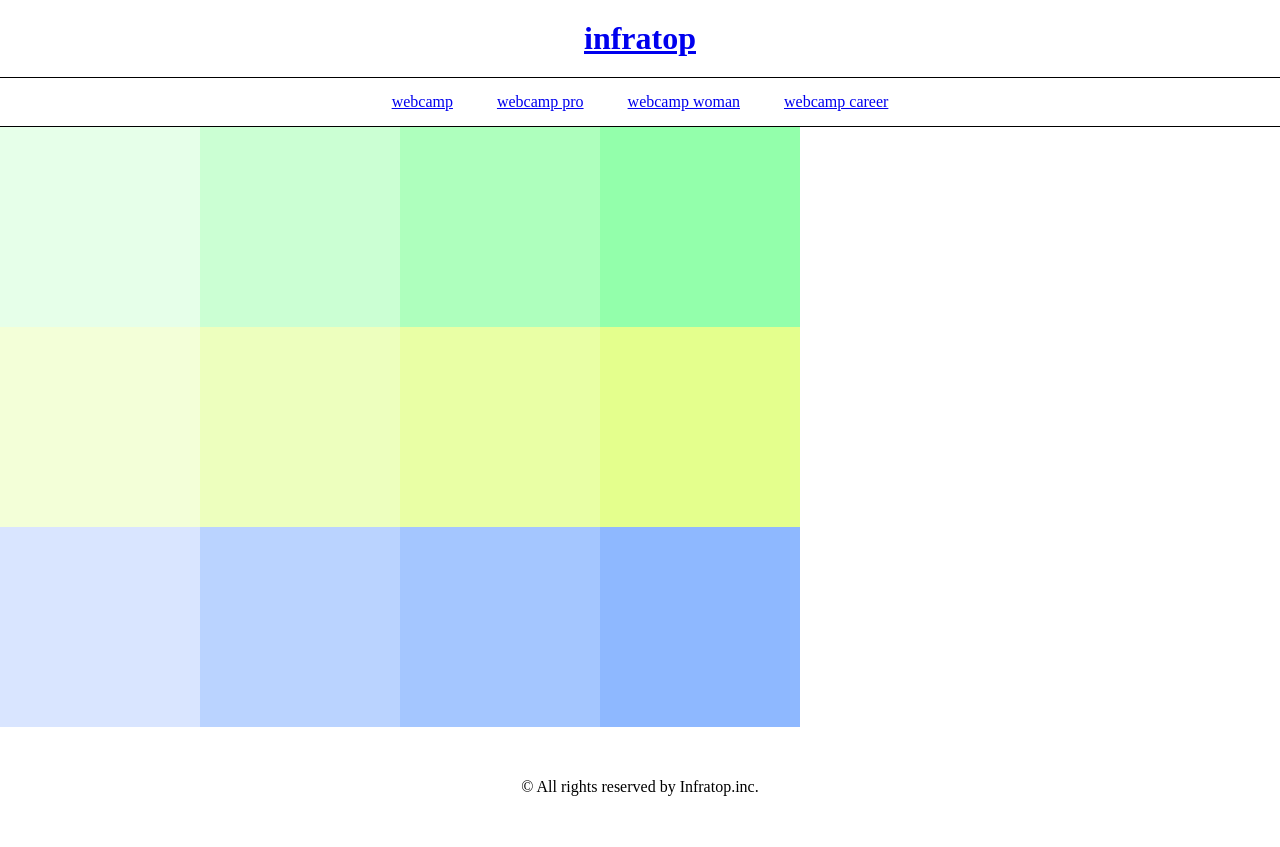
Repository: ryo32sun/Html-Practice
Page: practice/chapter5.html
The author's editor kept a record of every edit. The page is drawn from the files as they stood at one moment, then again after the next edit.
The browser window is 1280 px wide. The pictures show the whole page.

Above is the page before.

After the next edit:
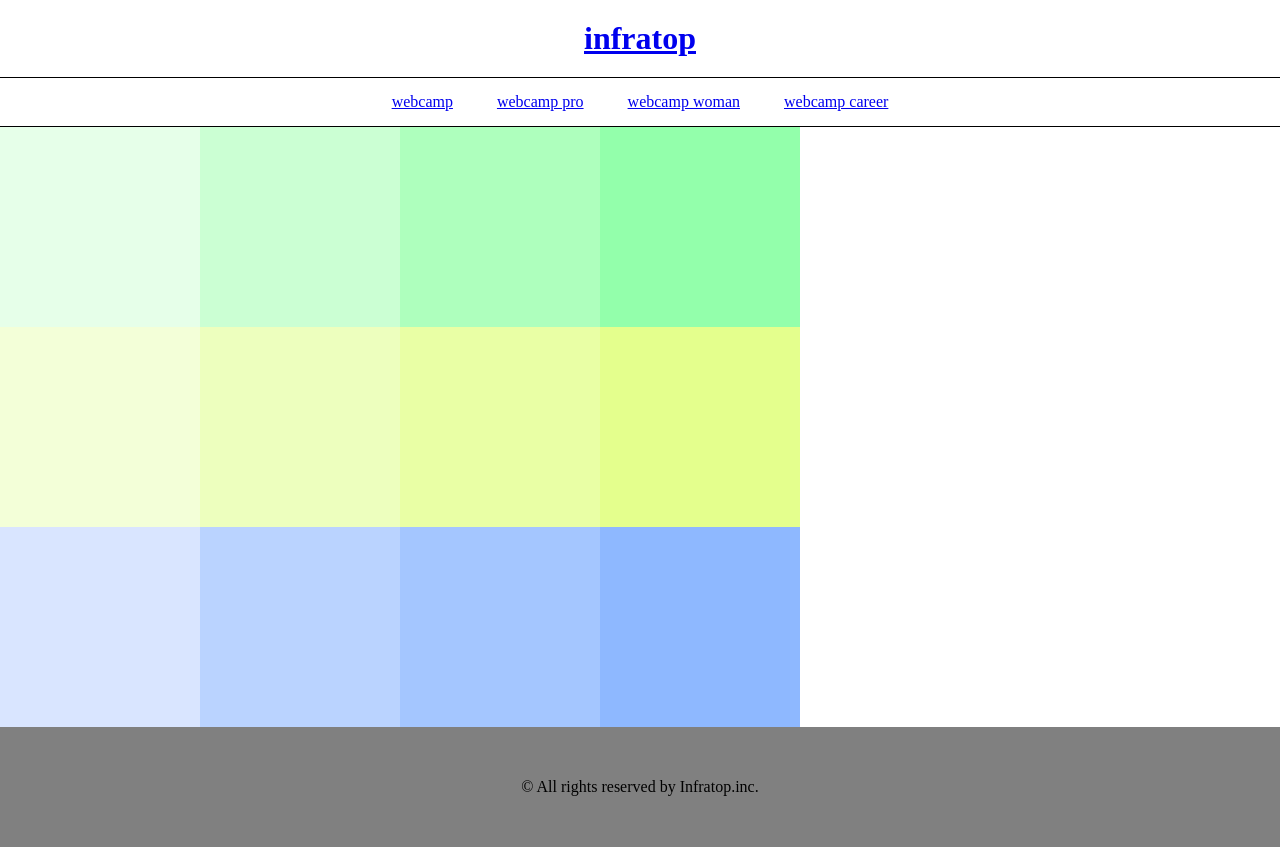
The edit:
--- a/practice/chapter5.css
+++ b/practice/chapter5.css
@@ -109,6 +109,7 @@
   text-align: center;
   width: 100%;
   height: 120px;
+  background-color: gray;
 }
 
 .footer {
